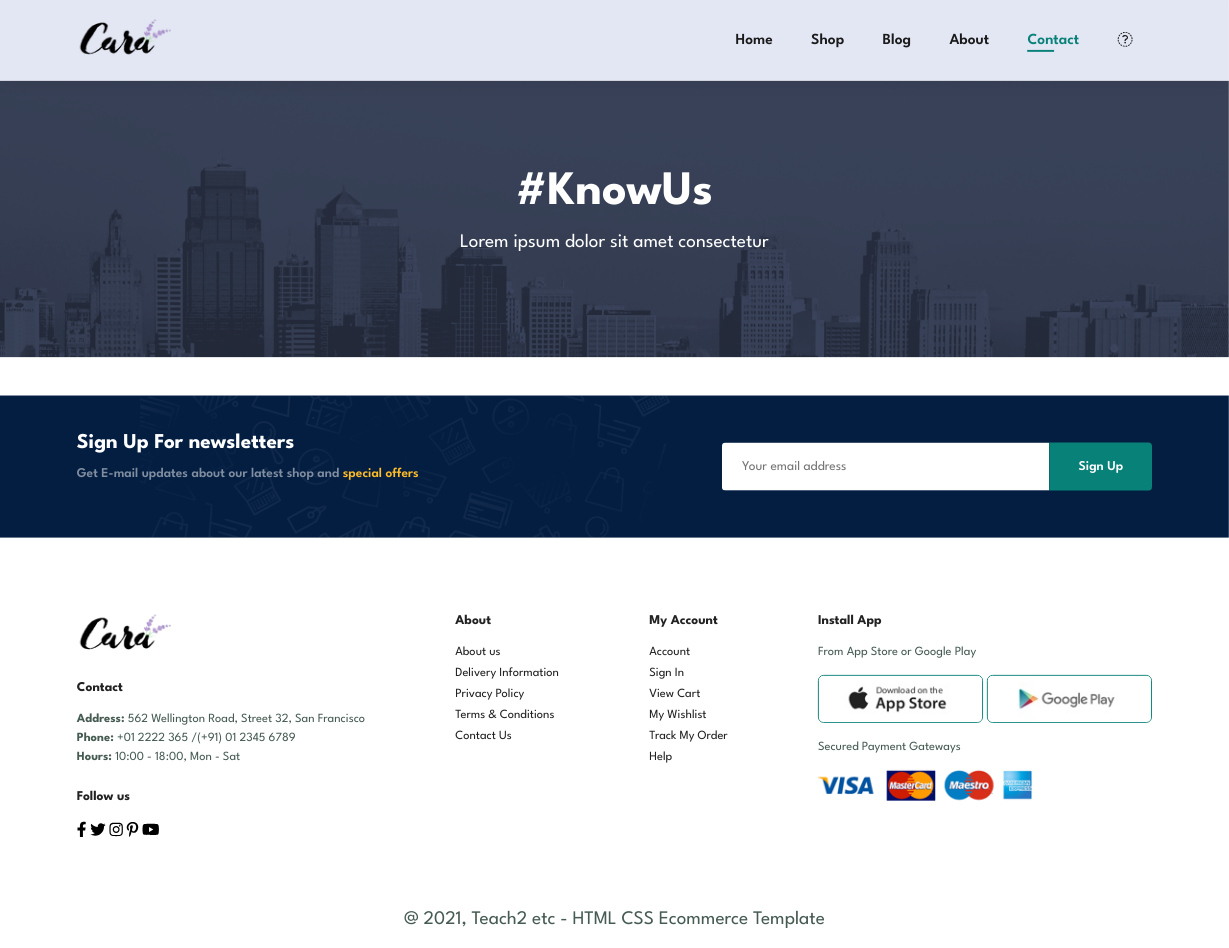
Repository: quy261001/cara
Page: contact.html
These files come from the project's save history. The page is drawn as it stood at one moment and after a run of saves; the edit follows.
The browser window is 1280 px wide. The pictures show the whole page, at 96% of full size.

Above is the page before, as saved 2022-05-04 16:46:40.

After the next 2 saves:
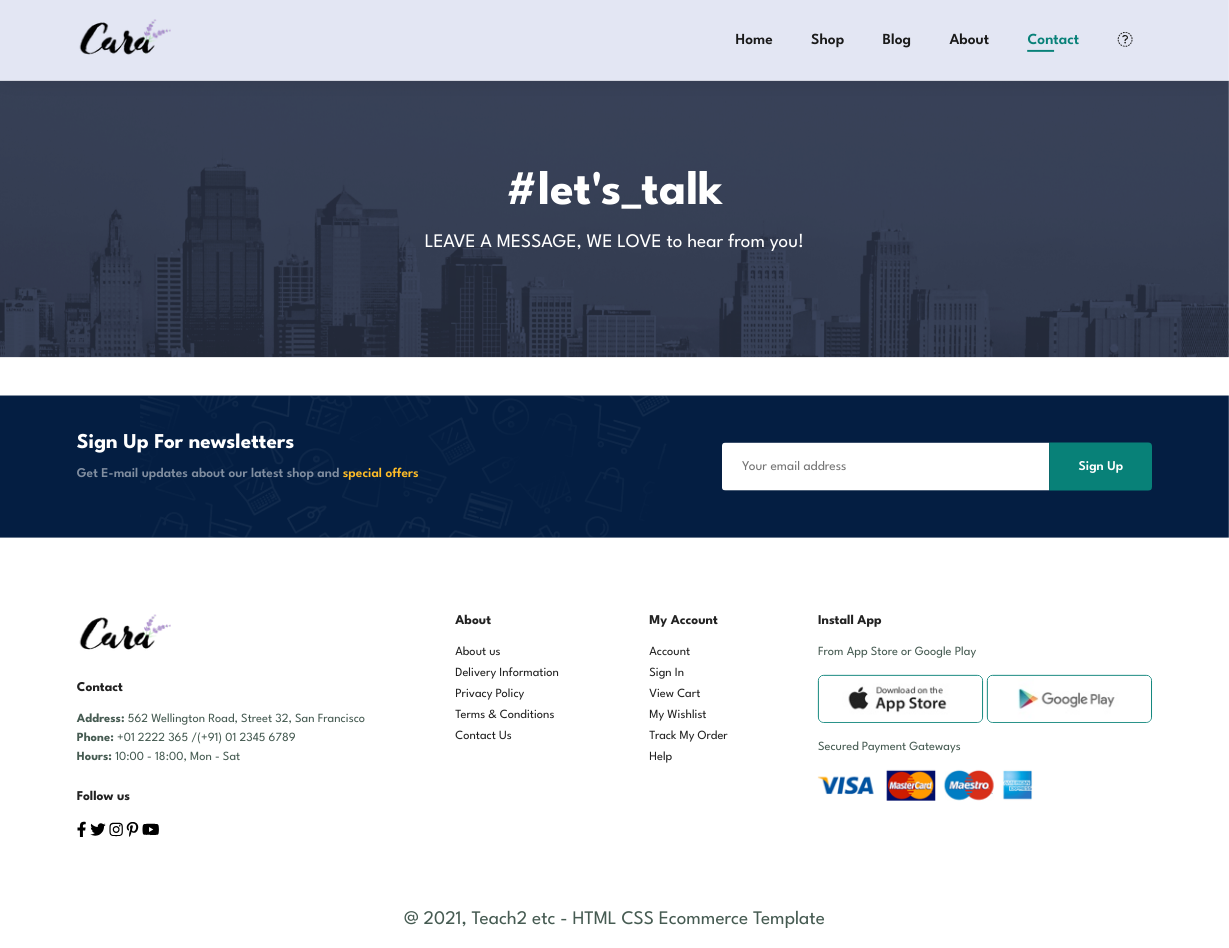
The 2 saves are shown as one change because they came seconds apart.
The last was saved 2 min 41 s later.
--- a/contact.html
+++ b/contact.html
@@ -31,8 +31,8 @@
   </section>
 
   <section class="page-header about-header">
-    <h2>#KnowUs</h2>
-    <p>Lorem ipsum dolor sit amet consectetur</p>
+    <h2>#let's_talk</h2>
+    <p>LEAVE A MESSAGE, WE LOVE to hear from you!</p>
   </section>
 
   <section class="newsletter section-p1 section-m1">
